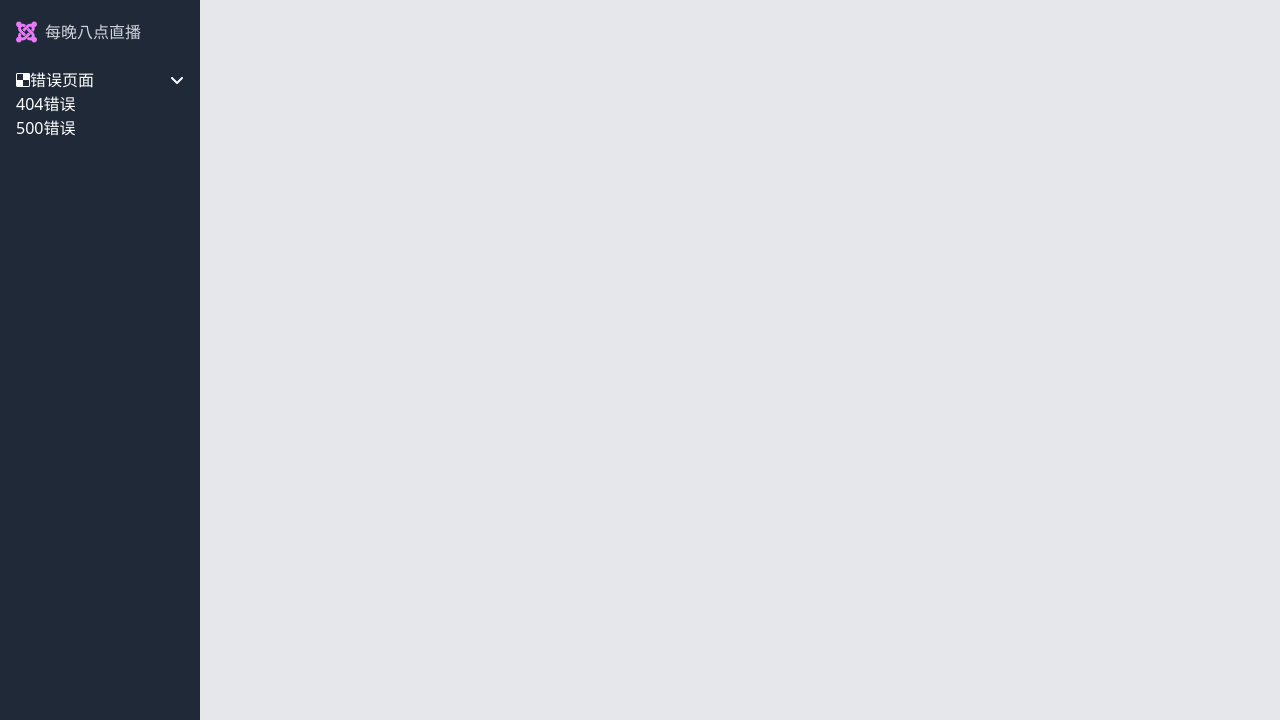
Repository: liangyingbo/vite-vue-TS
Page: /#/admin/home
These files come from the project's save history. The page is drawn as it stood at one moment and after the next save; the edit follows.
The browser window is 1280 px wide. The pictures show the whole page.
The project was rebuilt for these pictures with package versions that can differ from the ones it lists, and the page was loaded fresh each time. Also part of the build but not shown: vite.config.ts, src/components/form/HdButton.vue, src/components/form/HdInput.vue, src/components/form/hdLink.vue, src/styles/global.scss.

Above is the page before, as saved 2022-11-18 19:59:20.

### index.html
<!DOCTYPE html>
<html lang="en">
  <head>
    <meta charset="UTF-8" />
    <link rel="icon" type="image/svg+xml" href="/vite.svg" />
    <meta name="viewport" content="width=device-width, initial-scale=1.0" />
    <link href="https://cdn.bootcdn.net/ajax/libs/font-awesome/6.2.0/css/all.css" rel="stylesheet">
    <title>Vite + Vue + TS</title>
  </head>
  <body>
    <div id="app"></div>
    <script type="module" src="/src/main.ts"></script>
  </body>
</html>

### src/main.ts
import { createApp } from 'vue'
import router, { setupRouter } from '@/router'
import { setupPlugins } from '@/plugins'
import '@/styles/global.scss'
import App from './App.vue'

async function bootstrap() {
    const app = createApp(App)
    setupRouter(app)
    setupPlugins(app)
    await router.isReady()
    app.mount('#app')
}
bootstrap()

### src/router/index.ts
import { App } from 'vue';
import { createRouter, createWebHashHistory } from 'vue-router'
import routes from './routes';
import layoutRoutes from './autoLoad';
import guard from './guard';
const router = createRouter({
    history: createWebHashHistory(),
    routes : [...routes,...layoutRoutes]
})
export function setupRouter(app:App){

    guard(router)
    app.use(router)
}

export default router;

### src/plugins/index.ts
import { App } from "vue";
import { setupTailWindCssPlugin } from "./tailwindcss";

export function setupPlugins(app: App) {
    autoRegisterComponent(app)

    setupTailWindCssPlugin()
}



function autoRegisterComponent(app: App) {
    const components = import.meta.glob('../components/form/*.vue', { eager: true })
    console.log(components)
    Object.keys(components).forEach(key => {
        const name = key.split('/').pop()?.split('.')[0] as string

        app.component(name, components[key].default)
    })
}

### src/App.vue
<script setup lang="ts">

// import {info} from '@/apis/userApi'

//const response =  info()
// console.log(response.then(res=>res.data.age))
// console.log()

 </script>

 <template>

    <router-view ></router-view>
 </template>

<style scoped>
</style>

### src/router/routes.ts
import { RouteRecordRaw } from "vue-router"
 const routes = [
    {
        path:'/home',
        name:'home',
        component:() => import("@/views/home.vue"),
    }
]  as  RouteRecordRaw[]

export default routes

### src/router/autoLoad.ts
import { RouteRecordRaw } from "vue-router";


const layout = import.meta.glob('../layouts/*.vue')
const children = import.meta.glob('../views/**/*.vue')
function getRoutes() {
    const layoutRoutes = [] as RouteRecordRaw[]
    Object.entries(layout).forEach(([file, module]) => {
        const route = getRouteByModule(file, module)
        route.children = getChildrenRoutes(route)
        layoutRoutes.push(route)
    })
    return layoutRoutes
}


// 根据布局路由匹配子路由
function getChildrenRoutes(layoutRoute: RouteRecordRaw) {
    const routes = [] as RouteRecordRaw[]
    Object.entries(children).forEach(([file, module]) => {
        if (file.includes(`../views/${layoutRoute.name as string}`)) {
            const route = getRouteByModule(file, module)
            routes.push(route)
        }
    })
    return routes
}

function getRouteByModule(file: string, module: () => Promise<unknown>) {
    const name = file.replace(/.+layouts\/|.+views\/|\.vue/gi, '')
    const route = {
        name: name.replace('/', '.'),
        path: `/${name}`,
        component: module
    } as RouteRecordRaw

    return route
}
export default getRoutes()

### src/router/guard.ts
 import { RouteLocationNormalized, Router } from "vue-router"


class Guard {
    constructor(private router: Router) { }

    public run() {
          this.router.beforeEach((to,from) =>{
            console.log(to)
             if(!this.isLogin(to)) return {name:'auth.login'}


          })
    }

    private isLogin(route:RouteLocationNormalized){
        // console.log(route.meta)
        console.log(route.meta)
        return true
    }
}

export default (router: Router) => {
    new Guard(router).run()
}

### src/plugins/tailwindcss/index.ts
import './tailwindcss.css'

export function setupTailWindCssPlugin(){

}

### src/layouts/admin.vue
<template>
    <div>
         <router-view></router-view>
    </div>
</template>
<script lang="ts" setup>
import routes from "@/router/routes";


</script>

<script lang="ts">
export default {
    route:{meta:{auth:true}}
}
</script>

<style lang="scss" scoped>

</style>

### src/views/admin/home.vue
<template>
    <div class=" admin w-screen h-screen flex ">
        <div class="w-[200px] py-2 bg-gray-800">
             <div class="text-white  flex items-center py-2 px-4">
                <i class="fab fa-joomla text-2xl text-fuchsia-400 mr-2"></i>
                <span class="text-base text-gray-300">每晚八点直播</span>
             </div>
             <div class="left-container">
                <dt class="text-white mt-3">
                    <dl class="px-4">
                       <section class="flex justify-between items-center">
                        <div>
                        <i class="fab fa-delicious"></i>
                        <span>错误页面</span>
                        </div>

                        <i class="fas fa-angle-down"></i>

                       </section>
                         <dd>404错误</dd>
                        <dd>500错误</dd>
                    </dl>
                </dt>
             </div>
        </div>
        <div class="bg-gray-200 flex-1">
            <router-view></router-view>
        </div>
    </div>
</template>

<script lang="ts" setup></script>

<style lang="scss" scoped>

</style>

Loaded but not shown: src/plugins/tailwindcss/tailwindcss.css (common file); tailwind.config.cjs (common file)

After the next save:
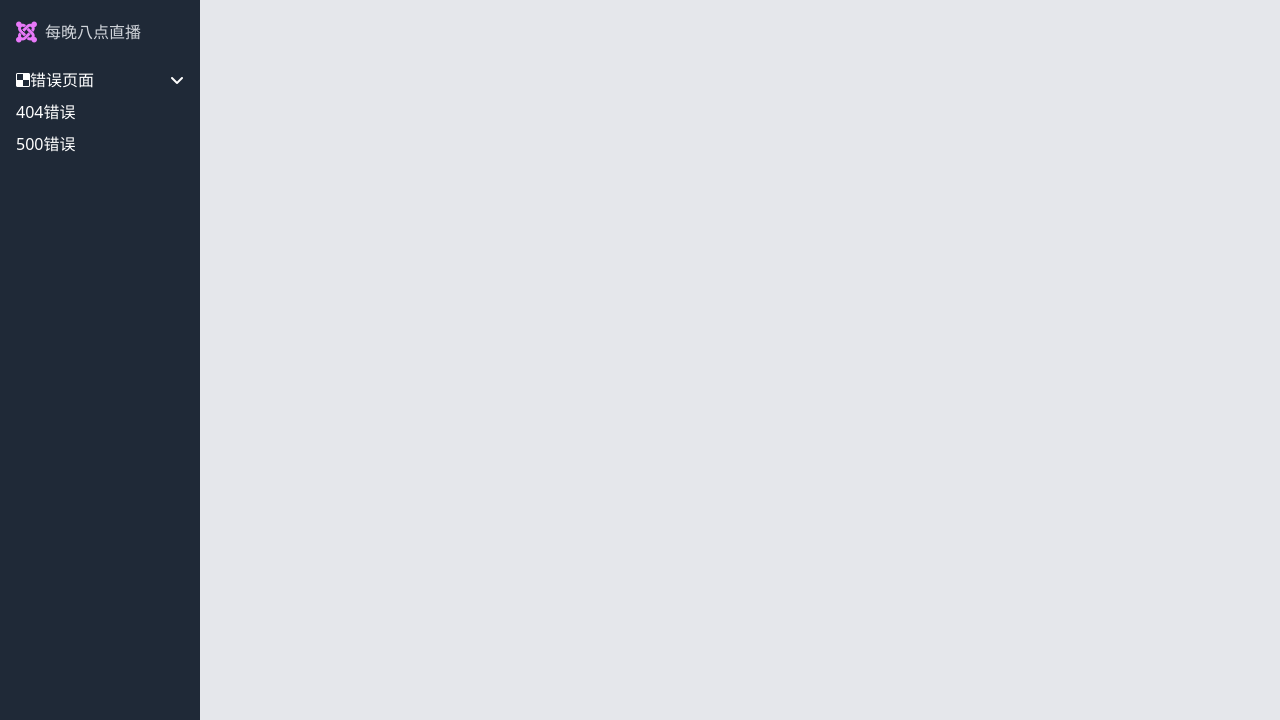
Saved 40 s later.
--- a/src/views/admin/home.vue
+++ b/src/views/admin/home.vue
@@ -17,7 +17,7 @@
                         <i class="fas fa-angle-down"></i>
 
                        </section>
-                         <dd>404错误</dd>
+                         <dd class="my-2">404错误</dd>
                         <dd>500错误</dd>
                     </dl>
                 </dt>
